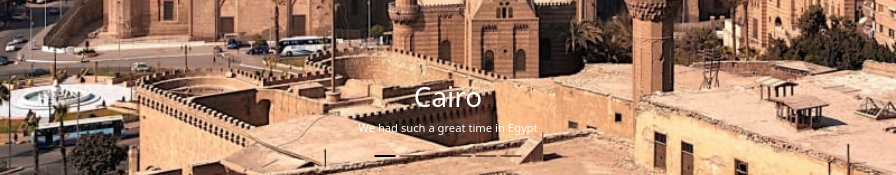
Repository: Ahmed123rezk123/P-temp
Page: index.html
An editor plug-in stored every save of this project. The page is shown before and after a run of saves, followed by the edit.
The browser window is 1280 px wide. The pictures show the part of the page from y = 579 to 2499 px (the page is 829 px tall before and 10000 px after), at 70% of full size.

Above is the page before, as saved 2024-02-15 13:35:35.

### index.html
<!DOCTYPE html>
<html lang="en">
  <head>
    <meta charset="UTF-8" />
    <meta name="viewport" content="width=device-width, initial-scale=1.0" />
    <title>Document</title>
    <link rel="stylesheet" href="CSS/style.css" />
    <link rel="stylesheet" href="CSS/all.css" />
    <link
      href="https://cdn.jsdelivr.net/npm/bootstrap@5.1.3/dist/css/bootstrap.min.css"
      rel="stylesheet"
      integrity="sha384-1BmE4kWBq78iYhFldvKuhfTAU6auU8tT94WrHftjDbrCEXSU1oBoqyl2QvZ6jIW3"
      crossorigin="anonymous"
    />
  </head>
  <body>
    <nav class="navbar navbar-expand-lg bg-light sticky-top">
      <div class="container-fluid">
        <a class="navbar-brand egypt p-lg-3" href="#">
          <img
            src="images/e2533023876439.5632a45cc17d8.jpg"
            class="img-fluid logo mb-2"
            alt=""
          />
          EGYPT
        </a>
        <button
          class="navbar-toggler"
          type="button"
          data-bs-toggle="collapse"
          data-bs-target="#navbarSupportedContent"
          aria-controls="navbarSupportedContent"
          aria-expanded="false"
          aria-label="Toggle navigation"
        >
          <i class="fas fa-bars"></i>
        </button>
        <div class="collapse navbar-collapse" id="navbarSupportedContent">
          <ul class="navbar-nav me-auto mb-2 mb-lg-0">
            <li class="nav-item">
              <a
                class="nav-link active text-info p-lg-2"
                aria-current="page"
                href="#"
                >Home</a
              >
            </li>
            <li class="nav-item">
              <a class="nav-link text-info p-lg-2" href="#">Link</a>
            </li>
            <li class="nav-item dropdown">
              <a
                class="nav-link dropdown-toggle text-info border rounded border-info border-2 trips p-lg-2"
                href="#"
                id="navbarDropdown"
                role="button"
                data-bs-toggle="dropdown"
                aria-expanded="false"
              >
                Trips
              </a>
              <ul class="dropdown-menu" aria-labelledby="navbarDropdown">
                <li><a class="dropdown-item text-info" href="#">Cairo</a></li>
                <li><a class="dropdown-item text-info" href="#">Alex</a></li>
                <li><hr class="dropdown-divider text-info" /></li>
                <li><a class="dropdown-item text-info" href="#">Aswan</a></li>
                <li><a class="dropdown-item text-info" href="#">Luxor</a></li>
                <li>
                  <a class="dropdown-item text-info" href="#">Sharm Elsaikh</a>
                </li>
                <li>
                  <a class="dropdown-item text-info" href="#">El Glala</a>
                </li>
                <li>
                  <a class="dropdown-item text-info" href="#">More ...</a>
                </li>
              </ul>
            </li>
            <li class="nav-item">
              <a class="nav-link disabled text-info p-lg-2">About</a>
            </li>
          </ul>
          <form class="d-flex">
            <input
              class="form-control border-info me-2"
              type="search"
              placeholder="Search"
              aria-label="Search"
            />
            <button class="btn btn-info me-2 text-light" type="submit">
              Search
            </button>
            <button type="button" class="btn btn-info text-light"  data-bs-toggle="modal" data-bs-target="#exampleModal">
              Login
            </button>

          </form>
        </div>
      </div>
    </nav>
    <!-- start model -->
    <div
    class="modal fade"
    id="exampleModal"
    tabindex="-1"
    aria-labelledby="exampleModalLabel"
    aria-hidden="true"
  >
    <div class="modal-dialog">
      <div class="modal-content">
        <div class="modal-header bg-info">
          <h5 class="modal-title   text-white " id="exampleModalLabel">
            Login
          </h5>
          <button
            type="button"
            class="btn-close bg-light"
            data-bs-dismiss="modal"
            aria-label="Close"
          ></button>
        </div>
        <div class="modal-body text-info">
          <form>
            <div class="mb-3">
              <label for="exampleInputEmail1" class="form-label">Email address</label>
              <input type="email" class="form-control  border border-info" id="exampleInputEmail1" aria-describedby="emailHelp">
              <div id="emailHelp" class="form-text">We'll never share your email with anyone else.</div>
            </div>
            <div class="mb-3">
              <label for="exampleInputPassword1" class="form-label">Password</label>
              <input type="password" class="form-control border border-info" id="exampleInputPassword1">
            </div>
            <div class="form-check form-switch   ">
              <input class="form-check-input bg-info" type="checkbox" role="switch" id="flexSwitchCheckChecked" checked>
              <label class="form-check-label " for="flexSwitchCheckChecked">Remmember me</label>
            </div>
          </form>
        </div>

        <div class="modal-footer">
            <button type="button" class="btn btn-info text-white">Login</button>
          <button type="button" class="btn btn-info text-white"  data-bs-dismiss="modal"  aria-label="Close">
            Close
          </button>

        </div>
      </div>

    </div>
  </div>
  <!-- end model -->
<!--  Section 1-->
<div id="carouselExampleDark" class="carousel carousel-dark slide" data-bs-ride="carousel">
  <div class="carousel-indicators">
    <button type="button" data-bs-target="#carouselExampleDark" data-bs-slide-to="0" class="active" aria-current="true" aria-label="Slide 1"></button>
    <button type="button" data-bs-target="#carouselExampleDark" data-bs-slide-to="1" aria-label="Slide 2"></button>
    <button type="button" data-bs-target="#carouselExampleDark" data-bs-slide-to="2" aria-label="Slide 3"></button>
    <button type="button" data-bs-target="#carouselExampleDark" data-bs-slide-to="3" aria-label="Slide 4"></button>
    <button type="button" data-bs-target="#carouselExampleDark" data-bs-slide-to="4" aria-label="Slide 5"></button>
    <button type="button" data-bs-target="#carouselExampleDark" data-bs-slide-to="0" aria-label="Slide 1"></button>
  </div>
  <div class="carousel-inner">
    <div class="carousel-item active" data-bs-interval="10000">
      <img src="images/cairo.jpg" class="" alt="...">
      <div class="carousel-caption d-none d-md-block content">
        <h1 class="text-white">Cairo</h1>
        <p class="text-white">We had such a great time in Egypt</p>
      </div>
    </div>
    <div class="carousel-item" data-bs-interval="2000">
      <img src="images/Alex.jpg" class="" alt="...">
      <div class="carousel-caption d-none d-md-block content">
        <h1 class="text-white">Alex</h1>
        <p class="text-white">Alex is great</p>
      </div>
    </div>
    <div class="carousel-item">
      <img src="images/sharm.jpg" class="" alt="...">
      <div class="carousel-caption d-none d-md-block content">
        <h1 class="text-white">Sharm Elshekh</h1>
        <p class="text-white">Sharm is beautiful</p>
      </div>
    </div>
    <div class="carousel-item">
      <img src="images/glala.jpg" class="" alt="...">
      <div class="carousel-caption d-none d-md-block content">
        <h1 class="text-white">El Glala</h1>
        <p class="text-white">I love El Glala</p>
      </div>
    </div>
    <div class="carousel-item">
      <img src="images/aswan.jpg" class="" alt="...">
      <div class="carousel-caption d-none d-md-block">
        <h1 class="text-white">Aswan</h1>
        <p class="text-white">I want visit Aswan</p>
      </div>
    </div>
    <div class="carousel-item">
      <img src="images/الأقصر-2.jpg" class="" alt="...">
      <div class="carousel-caption d-none d-md-block">
        <h1 class="text-white">Luxor</h1>
        <p class="text-white">I love this city</p>
      </div>
    </div>
  </div>
  <button class="carousel-control-prev" type="button" data-bs-target="#carouselExampleDark" data-bs-slide="prev">
    <span class="carousel-control-prev-icon" aria-hidden="true"></span>
    <span class="visually-hidden">Previous</span>
  </button>
  <button class="carousel-control-next" type="button" data-bs-target="#carouselExampleDark" data-bs-slide="next">
    <span class="carousel-control-next-icon" aria-hidden="true"></span>
    <span class="visually-hidden">Next</span>
  </button>
</div>
  <script
      src="https://cdn.jsdelivr.net/npm/bootstrap@5.1.3/dist/js/bootstrap.bundle.min.js"
      integrity="sha384-ka7Sk0Gln4gmtz2MlQnikT1wXgYsOg+OMhuP+IlRH9sENBO0LRn5q+8nbTov4+1p"
      crossorigin="anonymous"
    ></script>
  </body>
</html>

### CSS/style.css
* {
    margin: 0;
    padding: 0;
    box-sizing: border-box;
}
body {
    /* height: 100000px; */
}

.logo{
    width: 80px;
    height: 80px;
    border-radius: 50%;
    margin: 0 30px;
}
.egypt {
    position: relative;
    font-weight: bold;
    color:#876fb3;
    letter-spacing: 1.5px;
    border-right: 1px solid   gray;
    padding: 10px;

}

.navbar .navbar-toggler {
    border-color: gray;
    color: gray;
    font-size: 18px;
}
/* .navbar .navbar-toggler:focus {
box-shadow: none;

}
  */


  .carousel-inner img {
    width: 100%;
    height: 50%;
}

Loaded but not shown: CSS/all.css (library)

After the next 3 saves:
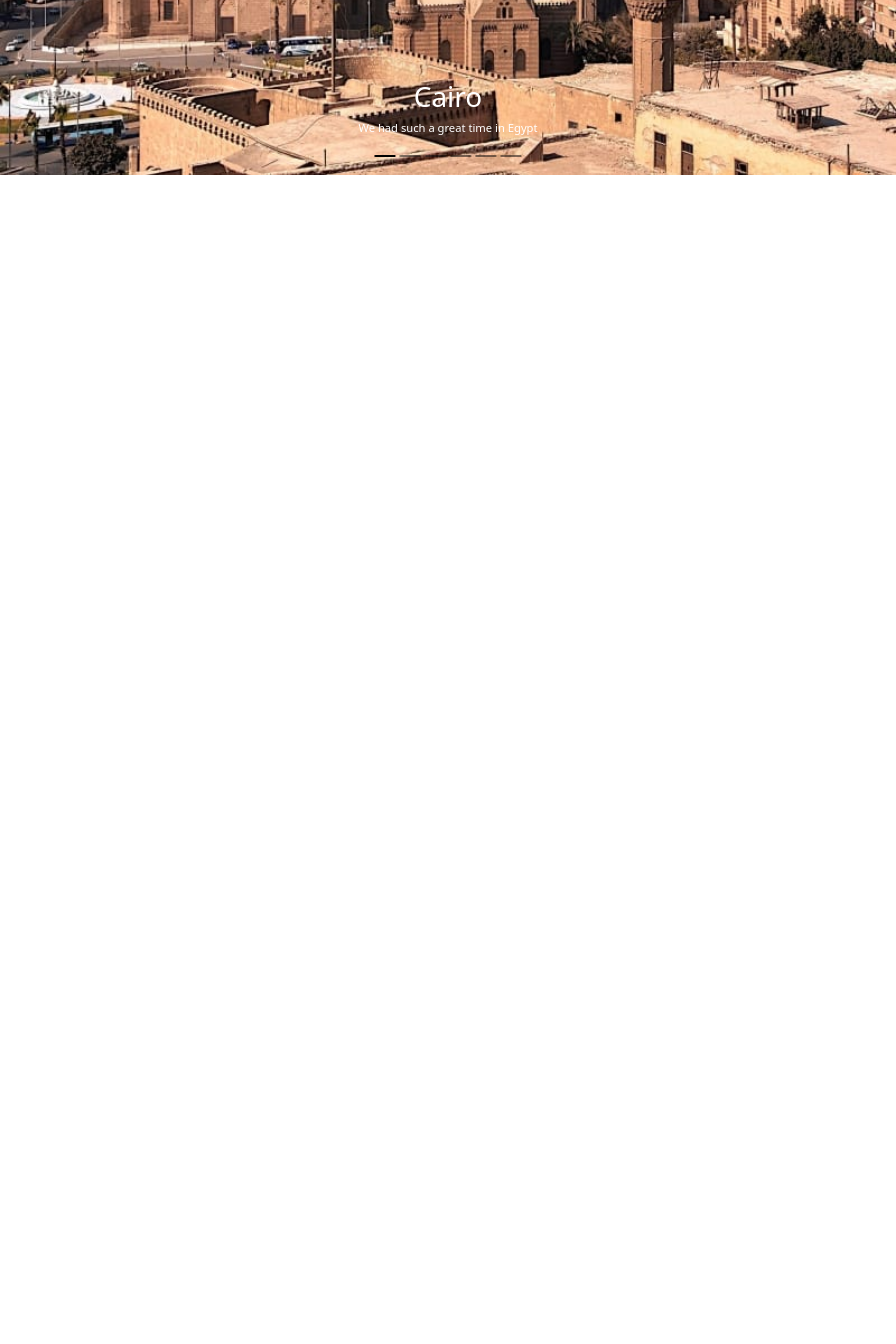
The 3 saves are shown as one change because they came seconds apart.
The last was saved 14 s later.
--- a/CSS/style.css
+++ b/CSS/style.css
@@ -4,7 +4,7 @@
     box-sizing: border-box;
 }
 body {
-    /* height: 100000px; */
+    height: 10000px;
 }
 
 .logo{
